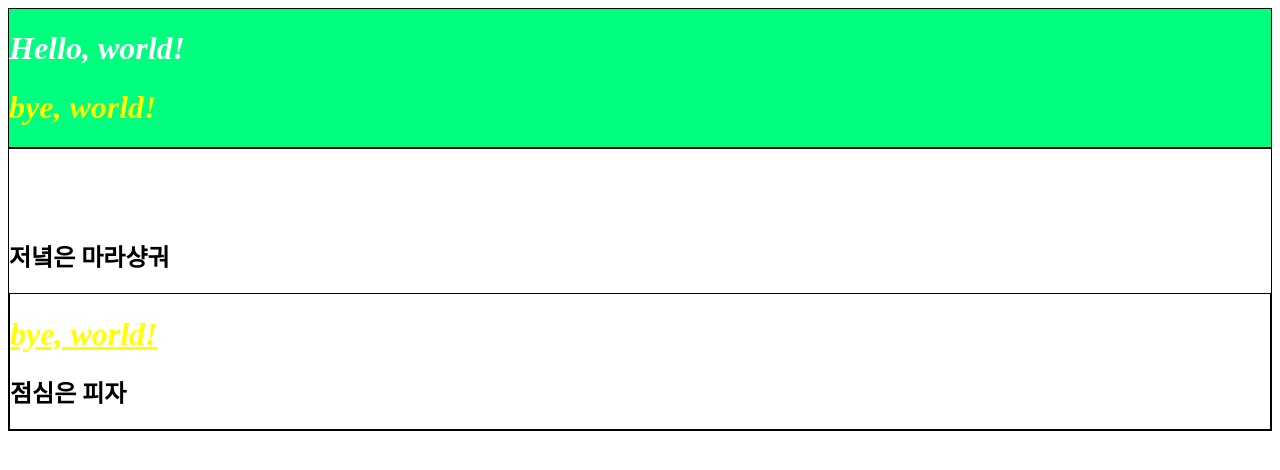
Repository: jaunnnngs/HackaTone
Page: http://localhost/StunProjects/
An editor plug-in stored every save of this project. The page is shown before and after the next save, followed by the edit.
The browser window is 1280 px wide. The pictures show the whole page.
The page is served by Tomcat 9. Other server files are loaded and not shown.

Above is the page before, as saved 2021-07-20 02:23:02.

### STUN_TEAM/StunProjects/src/main/webapp/index.jsp
<%@ page language="java" contentType="text/html; charset=UTF-8"
    pageEncoding="UTF-8"%>
<!doctype html>
<html lang="en">
  <head>
    <!-- Required meta tags -->
    <meta charset="utf-8">
    <meta name="viewport" content="width=device-width, initial-scale=1">

    <!-- <!-- Bootstrap CSS -->
    <!-- <!-- <link href="https://cdn.jsdelivr.net/npm/bootstrap@5.0.2/dist/css/bootstrap.min.css" rel="stylesheet"
    integrity="sha384-EVSTQN3/azprG1Anm3QDgpJLIm9Nao0Yz1ztcQTwFspd3yD65VohhpuuCOmLASjC" crossorigin="anonymous">-->


    <title>Hello, world!</title>

    <style>
    #hello /*아이디 설정  */
    {
    	color:white;
    }
    #bye
    {
    	color:yellow;
    }
    .btn/*클래스 설정  */
    {
    	font-style : italic
    }
    div.ldj
    {
    	background : springgreen
    }
    div
    {
    	border : 1px solid black
    }
    .lng>h1 /* 자손 */
    {
    	font-size:xx-large
    }
    .lng h1 /* 후손 */
    {
    	text-decoration : underline
    }
    </style>
  </head>
  <body>
    <div class ="ldj">
    <h1 id="hello" class = "btn btn-danger">Hello, world!</h1>
    <h1 id="bye" class = "btn btn-dark">bye, world!</h1>
    </div>


    <div class ="lng">
    	<h1 id="hello" class = "btn btn-danger">배고팡</h1>
    	<h2 class=btn-primary> 저녘은 마라샹궈</h2>
    	<div>
    		<h1 id="bye" class = "btn btn-dark">bye, world!</h1>
    		<h2 class=btn-primary> 점심은 피자</h2>
    	</div>
    </div>


    <!-- Optional JavaScript; choose one of the two! -->

    <!-- Option 1: Bootstrap Bundle with Popper -->
    <script src="https://cdn.jsdelivr.net/npm/bootstrap@5.0.2/dist/js/bootstrap.bundle.min.js" integrity="sha384-MrcW6ZMFYlzcLA8Nl+NtUVF0sA7MsXsP1UyJoMp4YLEuNSfAP+JcXn/tWtIaxVXM" crossorigin="anonymous"></script>

    <!-- Option 2: Separate Popper and Bootstrap JS -->
    <!--
    <script src="https://cdn.jsdelivr.net/npm/@popperjs/core@2.9.2/dist/umd/popper.min.js" integrity="sha384-IQsoLXl5PILFhosVNubq5LC7Qb9DXgDA9i+tQ8Zj3iwWAwPtgFTxbJ8NT4GN1R8p" crossorigin="anonymous"></script>
    <script src="https://cdn.jsdelivr.net/npm/bootstrap@5.0.2/dist/js/bootstrap.min.js" integrity="sha384-cVKIPhGWiC2Al4u+LWgxfKTRIcfu0JTxR+EQDz/bgldoEyl4H0zUF0QKbrJ0EcQF" crossorigin="anonymous"></script>
    -->
  </body>
</html>

Loaded but not shown: STUN_TEAM/StunProjects/src/main/webapp/bootstrap4.css (library)

After the next save:
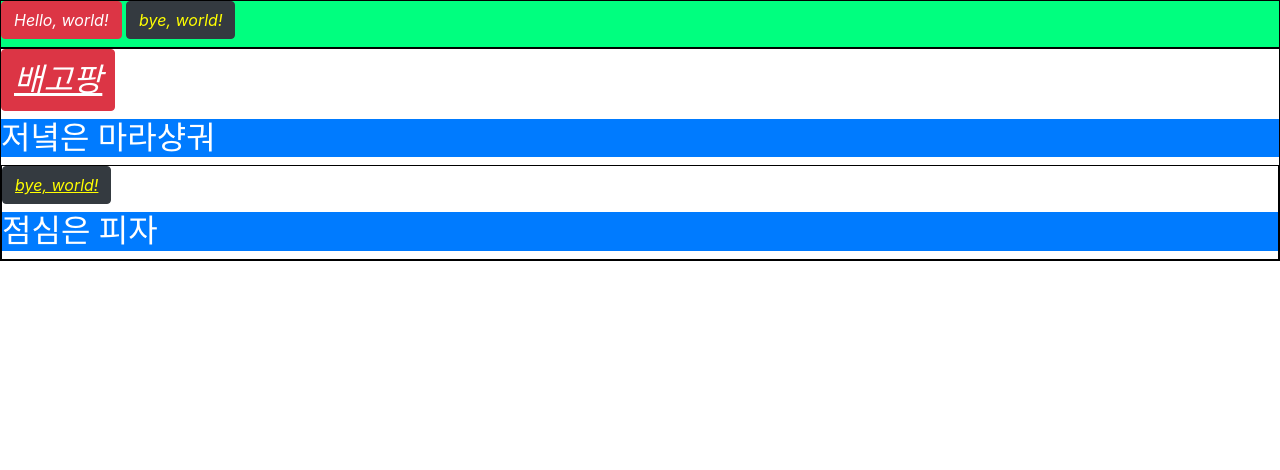
Saved 6 min 25 s later.
--- a/STUN_TEAM/StunProjects/src/main/webapp/index.jsp
+++ b/STUN_TEAM/StunProjects/src/main/webapp/index.jsp
@@ -7,10 +7,10 @@
     <meta charset="utf-8">
     <meta name="viewport" content="width=device-width, initial-scale=1">
 
-    <!-- <!-- Bootstrap CSS -->
-    <!-- <!-- <link href="https://cdn.jsdelivr.net/npm/bootstrap@5.0.2/dist/css/bootstrap.min.css" rel="stylesheet"
+    <!-- Bootstrap CSS -->
+    <!-- <link href="https://cdn.jsdelivr.net/npm/bootstrap@5.0.2/dist/css/bootstrap.min.css" rel="stylesheet"
     integrity="sha384-EVSTQN3/azprG1Anm3QDgpJLIm9Nao0Yz1ztcQTwFspd3yD65VohhpuuCOmLASjC" crossorigin="anonymous">-->
-
+    <link rel="stylesheet" href="bootstrap4.css">
 
     <title>Hello, world!</title>
 
